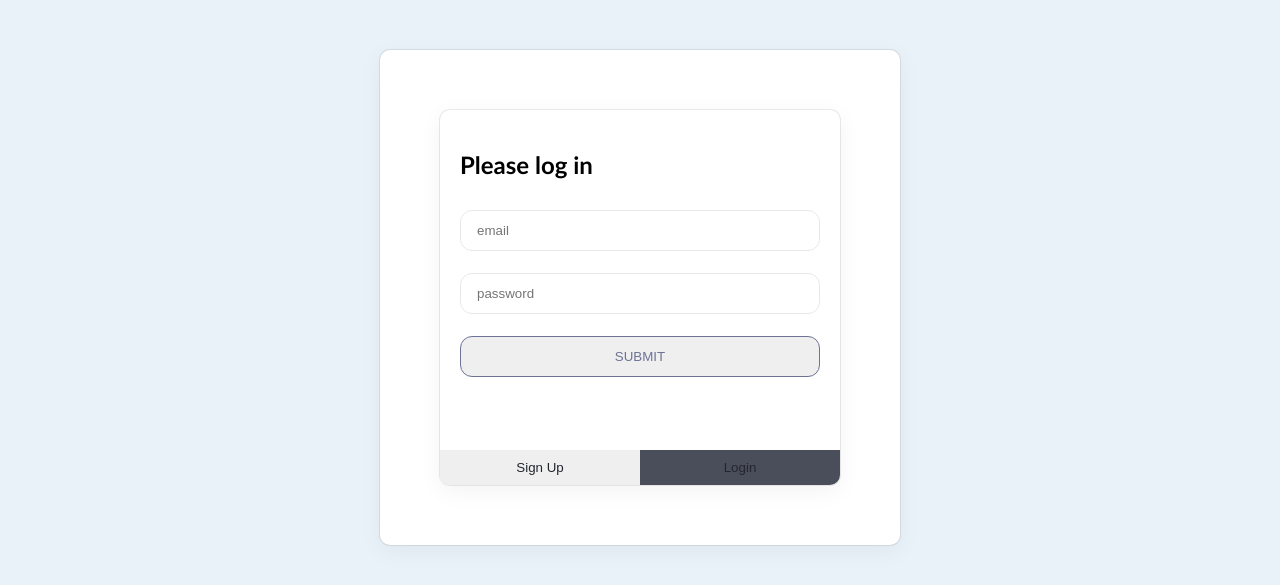
Repository: mosesvk/_todo
Page: / (app in client/)
The author's editor kept a copy of each file at every save. The page is drawn from the files as they stood at one save, then again after the next save.
The browser window is 1280 px wide. The pictures show the whole page.
The page's requests for data from a server got no answer. The project was rebuilt for these pictures with package versions that can differ from the ones it lists, and the page was loaded fresh each time. No one was signed in, and anything a server would have sent is missing. Also part of the build but not shown: client/vite.config.js, client/src/components/Modal.jsx, client/src/components/ProgressBar.jsx, client/src/components/ListItem.jsx. Imported but missing from the stored project, and not drawn on this page: client/src/components/TickIcon.

Above is the page before, as saved 2023-05-09 18:44:58.

After the next save:
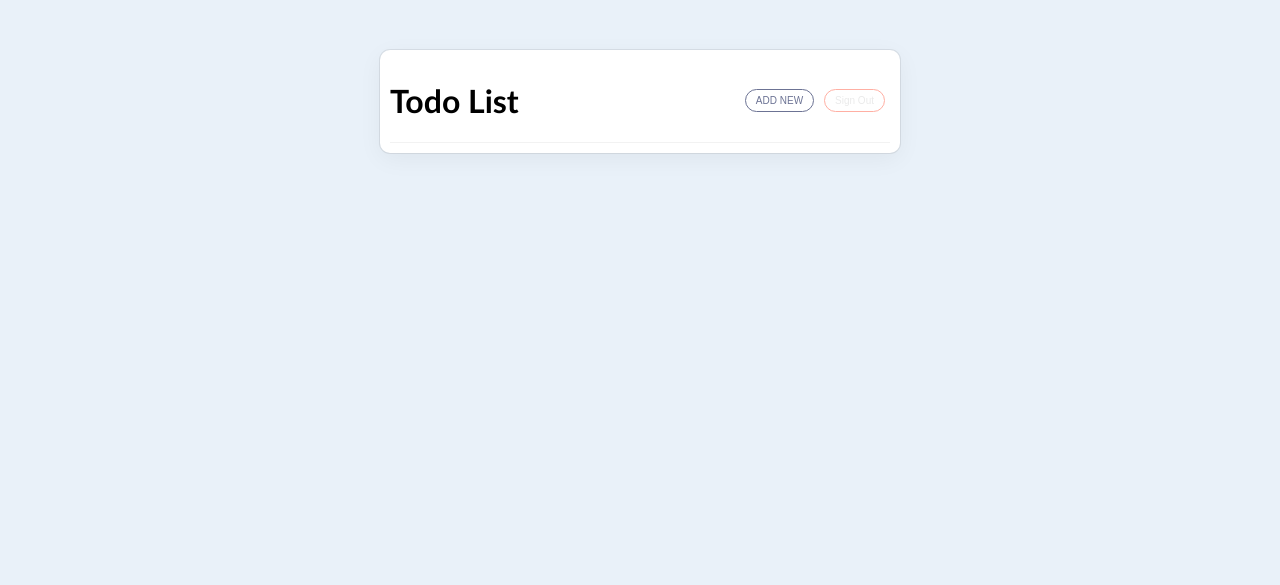
Saved 77 s later.
--- a/client/src/App.jsx
+++ b/client/src/App.jsx
@@ -7,7 +7,7 @@
 
 const App = () => {
   const [cookies, setCookie, removeCookie] = useCookies(null);
-  const authToken = cookies.AuthToken;
+  const authToken = true
   const userEmail = cookies.Email;
   const [tasks, setTasks] = useState(null);
 

After the 3 saves that followed:
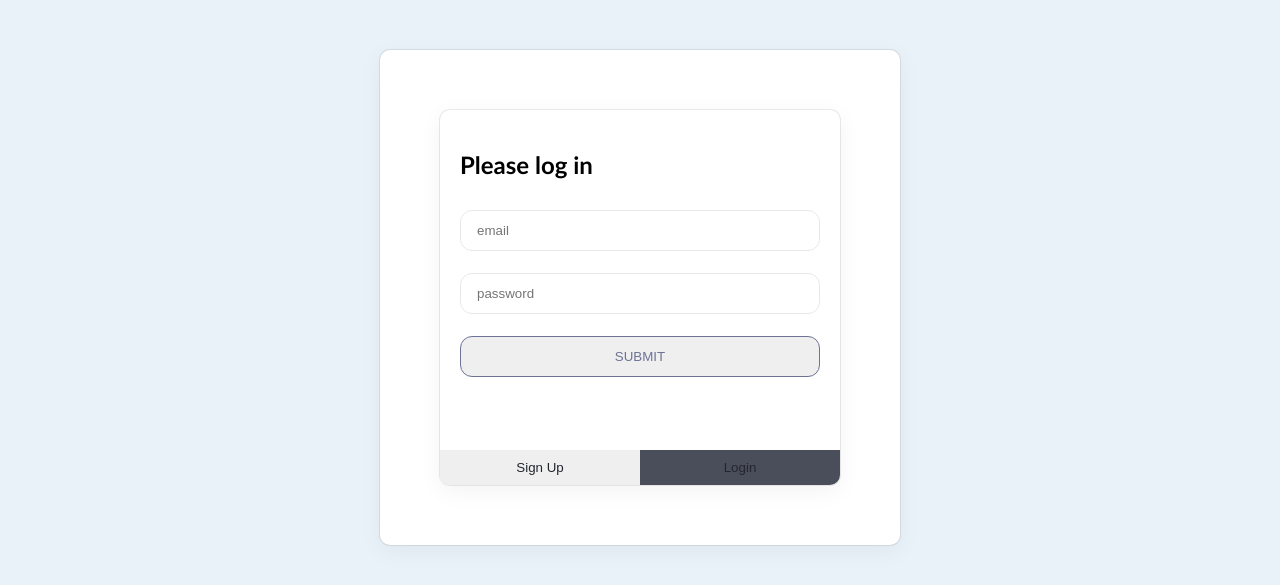
The 3 saves are shown as one change because 2 left the picture as it was.
The last was saved 4 min 7 s later.
--- a/client/src/App.jsx
+++ b/client/src/App.jsx
@@ -7,15 +7,15 @@
 
 const App = () => {
   const [cookies, setCookie, removeCookie] = useCookies(null);
-  const authToken = true
+  const authToken = cookies.AuthToken;
   const userEmail = cookies.Email;
   const [tasks, setTasks] = useState(null);
 
-  console.log(authToken, userEmail)
+  console.log(cookies)
 
   const getData = async () => {
     try {
-      const response = await axios.get(`${import.meta.env.VITE_SERVER_URL}${userEmail}`);
+      const response = await axios.get(`${import.meta.env.VITE_SERVER_URL}/${userEmail}`);
       const json = await response.json();
       setTasks(json);
     } catch (err) {
